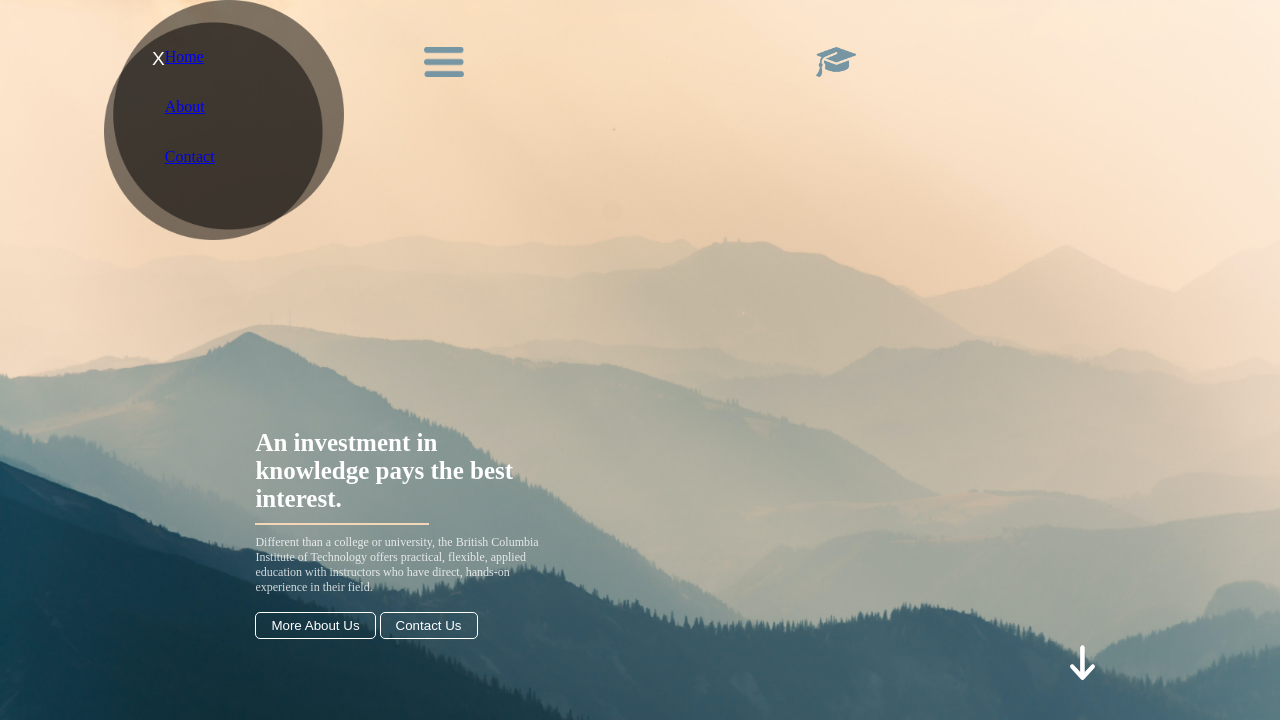
Repository: Sheraliramzan/Aly_A01253508_Assignment1
Page: /
These files come from the project's save history. The page is drawn as it stood at one moment and after the next save; the edit follows.
The browser window is 1280 px wide. The pictures show the whole page.
The project was rebuilt for these pictures with package versions that can differ from the ones it lists, and the page was loaded fresh each time. The framework's server and built-in components were replaced by stand-ins that run in the browser. Also part of the build but not shown: next.config.js.

Above is the page before, as saved 2023-02-04 17:46:00.

After the next save:
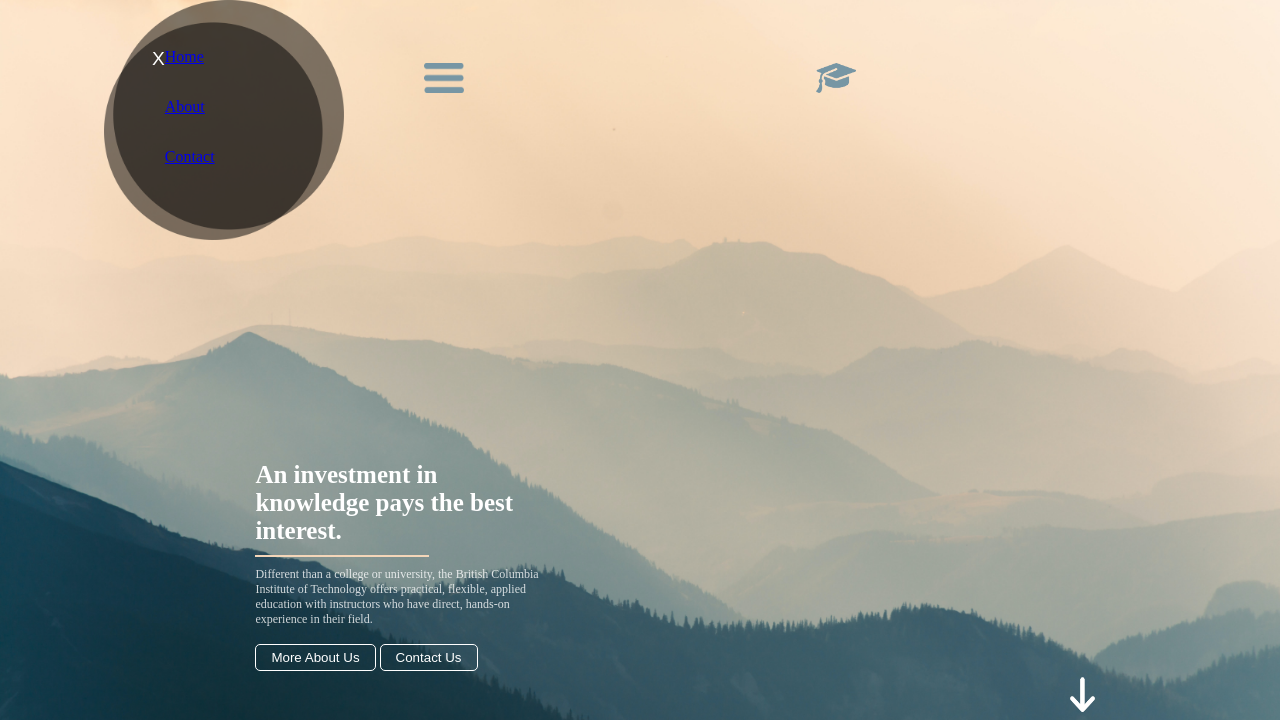
Saved 4 s later.
--- a/styles/globals.css
+++ b/styles/globals.css
@@ -20,7 +20,7 @@ body {
   display: flex;
   align-items: center;
   justify-content: space-between;
-  padding: 2rem 3rem;
+  padding: 3rem 3rem;
 }
 .menucont{
   position: absolute;
